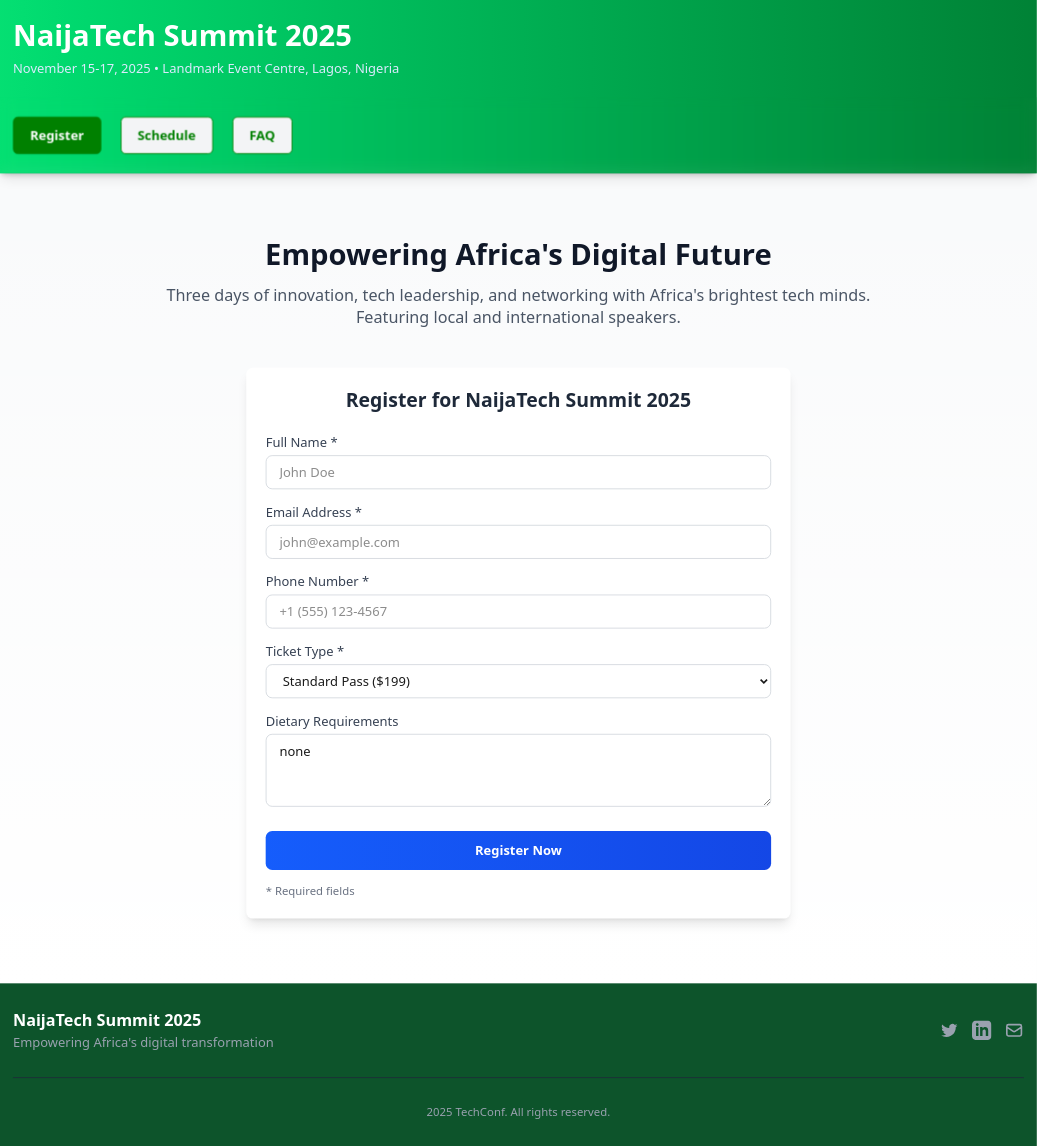
Repository: AYANO-EMMANUEL/fictional-tech-conf-event
Page: /
The author's editor kept a copy of each file at every save. The page is drawn from the files as they stood at one save, then again after the next save.
The browser window is 1280 px wide. The pictures show the whole page, at 81% of full size.
The project was rebuilt for these pictures with package versions that can differ from the ones it lists, and the page was loaded fresh each time. Also part of the build but not shown: vite.config.ts, src/components/Schedule/Schedule.tsx, src/components/FAQ/FAQ.tsx.

Above is the page before, as saved 2025-08-02 11:07:53.

### index.html
<!doctype html>
<html lang="en">
  <head>
    <meta charset="UTF-8" />
    <link rel="icon" type="image/svg+xml" href="/vite.svg" />
    <link rel="stylesheet" href="/src/index.css">
    <meta name="viewport" content="width=device-width, initial-scale=1.0" />
    <title>Vite + React + TS</title>
  </head>
  <body>
    <div id="root"></div>
    <script type="module" src="/src/main.tsx"></script>
  </body>
</html>

### src/index.css
/* @import "tailwindcss/components.css";
@import "tailwindcss/preflight.css";
@import "tailwindcss/utilities.css"; */
/* @tailwind base;
@tailwind components;
@tailwind utilities; */

@import "tailwindcss";

/* Custom styles */
.btn {
  display: inline-flex;
  align-items: center;
  justify-content: center;
  font-weight: 600;
  padding: 0.625rem 1.25rem;
  border-radius: 0.375rem;
  transition: all 0.2s ease-in-out;
  cursor: pointer;
  border: 1px solid transparent;
  box-shadow: 0 1px 2px 0 rgba(0, 0, 0, 0.05);
}

.btn:focus {
  outline: 2px solid transparent;
  outline-offset: 2px;
  box-shadow: 0 0 0 3px rgba(59, 130, 246, 0.5);
}

/* Primary Button */
.btn-primary {
  /* @apply bg-nigeria-green text-white hover:bg-green-700 focus:bg-green-700 active:bg-green-800; */
  background-color: green;
  color: white;
  border-color: green;
}

.btn-primary:focus {
  outline: 2px solid transparent;
  outline-offset: 2px;
  box-shadow: 0 0 0 3px rgba(59, 130, 246, 0.5);
}

.btn-primary:hover {
  transform: translateY(-1px);
  box-shadow: 0 4px 6px -1px rgba(0, 0, 0, 0.1), 0 2px 4px -1px rgba(0, 0, 0, 0.06);
}

.btn-primary:active {
  transform: translateY(0);
}

/* Secondary button */
.btn-secondary {
  /* @apply bg-white text-nigeria-green border-2 border-nigeria-green hover:bg-green-50 focus:bg-green-50 active:bg-green-100; */
  background-color: #f3f4f6;
  color: green;
  border: 1px solid green;
}

.btn-secondary:hover {
  background-color: #e5e7eb;
  transform: translateY(-1px);
  box-shadow: 0 4px 6px -1px rgba(0, 0, 0, 0.1), 0 2px 4px -1px rgba(0, 0, 0, 0.06);
}

.btn-secondary:active {
  transform: translateY(0);
}

.card {
  background-color: white;
  border-radius: 0.5rem;
  box-shadow: 0 4px 6px -1px rgb(0 0 0 / 0.1), 0 2px 4px -2px rgb(0 0 0 / 0.1);
  overflow: hidden;
  transition-property: all;
  transition-timing-function: cubic-bezier(0.4, 0, 0.2, 1);
  transition-duration: 200ms;
}

.card:hover {
  box-shadow: 0 10px 15px -3px rgb(0 0 0 / 0.1), 0 4px 6px -4px rgb(0 0 0 / 0.1);
}

.form-input {
  width: 100%;
  padding: 0.5rem 1rem;
  border-width: 1px;
  border-color: #d1d5db;
  border-radius: 0.5rem;
  transition-property: color, background-color, border-color, text-decoration-color, fill, stroke, opacity, box-shadow, transform, filter, backdrop-filter;
  transition-timing-function: cubic-bezier(0.4, 0, 0.2, 1);
  transition-duration: 200ms;
}

.form-input:focus {
  outline: 2px solid transparent;
  outline-offset: 2px;
  --tw-ring-offset-shadow: var(--tw-ring-inset) 0 0 0 var(--tw-ring-offset-width) var(--tw-ring-offset-color);
  --tw-ring-shadow: var(--tw-ring-inset) 0 0 0 calc(2px + var(--tw-ring-offset-width)) var(--tw-ring-color);
  box-shadow: var(--tw-ring-offset-shadow), var(--tw-ring-shadow), var(--tw-shadow, 0 0 #0000);
  --tw-ring-color: rgb(59 130 246 / 0.5);
  --tw-ring-offset-width: 0px;
  border-color: transparent;
}

.form-label {
  display: block;
  color: #374151;
  font-weight: 500;
  margin-bottom: 0.25rem;
}

/* Base styles */
:root {
  font-family: system-ui, -apple-system, BlinkMacSystemFont, 'Segoe UI', Roboto, 'Helvetica Neue', Arial, sans-serif;
  line-height: 1.5;
  font-weight: 400;
  color: #1a1a1a;
  background-color: #f9fafb;
  font-synthesis: none;
  text-rendering: optimizeLegibility;
  -webkit-font-smoothing: antialiased;
  -moz-osx-font-smoothing: grayscale;
}

/* Animations */
@keyframes fadeIn {
  from { opacity: 0; transform: translateY(10px); }
  to { opacity: 1; transform: translateY(0); }
}

.animate-fade-in {
  animation: fadeIn 0.3s ease-out forwards;
}

### src/main.tsx
import React from 'react';
import { createRoot } from 'react-dom/client';
import App from './App';
import './index.css';

const container = document.getElementById('root');
if (!container) throw new Error('Failed to find the root element');
const root = createRoot(container);

root.render(
  <React.StrictMode>
    <App />
  </React.StrictMode>
);

### src/App.tsx
import { useState } from 'react';
import { RegistrationForm } from './components/Form/RegistrationForm';
import Schedule from './components/Schedule/Schedule';
import FAQ from './components/FAQ/FAQ';

function App() {
  const [activeSection, setActiveSection] = useState<'register' | 'schedule' | 'faq'>('register');

  return (
    <div className="min-h-screen bg-gray-50">
      {/* Header */}
      <header className="bg-gradient-to-r from-green-400 to-green-700 text-white shadow-lg">
        <div className="container mx-auto px-4 py-6">
          <h1 className="text-3xl md:text-4xl font-bold mb-2">NaijaTech Summit 2025</h1>
          <p className="text-blue-100">November 15-17, 2025 • Landmark Event Centre, Lagos, Nigeria</p>
        </div>

        {/* Navigation */}
        <nav className="bg-nigeria-green/90 backdrop-blur-sm shadow-md">
          <div className="container mx-auto px-4">
            <div className="flex flex-col sm:flex-row space-y-2 sm:space-y-0 sm:space-x-6 py-6">
              <button
                onClick={() => setActiveSection('register')}
                className={`btn ${activeSection === 'register'
                  ? 'btn-primary'
                  : 'btn-secondary'}`}
              >
                Register
              </button>
              <button
                onClick={() => setActiveSection('schedule')}
                className={`btn ${activeSection === 'schedule'
                  ? 'btn-primary'
                  : 'btn-secondary'}`}
              >
                Schedule
              </button>
              <button
                onClick={() => setActiveSection('faq')}
                className={`btn ${activeSection === 'faq'
                  ? 'btn-primary'
                  : 'btn-secondary'}`}
              >
                FAQ
              </button>
            </div>
          </div>
        </nav>
      </header>

      {/* Hero Section */}
      {activeSection === 'register' && (
        <section className="py-12 md:py-20 bg-gradient-to-b from-nigeria-greenLight to-white">
          <div className="container mx-auto px-4">
            <div className="max-w-4xl mx-auto text-center mb-12">
              <h2 className="text-3xl md:text-4xl font-bold text-gray-900 mb-4">
                Empowering Africa's Digital Future
              </h2>
              <p className="text-xl text-gray-600">
                Three days of innovation, tech leadership, and networking with Africa's brightest tech minds. Featuring local and international speakers.
              </p>
            </div>
            <RegistrationForm onSuccess={() => setActiveSection('schedule')} />
          </div>
        </section>
      )}

      {/* Schedule Section */}
      {activeSection === 'schedule' && (
        <section className="py-12 md:py-16 bg-white">
          <main className="container mx-auto px-4 py-8">
            <Schedule />
          </main>
        </section>
      )}

      {/* FAQ Section */}
      {activeSection === 'faq' && (
        <section className="py-12 md:py-16 bg-gray-50">
          <div className="container mx-auto px-4">
            <FAQ />
          </div>
        </section>
      )}

      {/* Footer */}
      <footer className="bg-green-900 text-white py-8">
        <div className="container mx-auto px-4">
          <div className="flex flex-col md:flex-row justify-between items-center">
            <div className="mb-4 md:mb-0">
              <h3 className="text-xl font-bold">NaijaTech Summit 2025</h3>
              <p className="text-gray-400">Empowering Africa's digital transformation</p>
            </div>
            <div className="flex space-x-4">
              <a href="#" className="text-gray-400 hover:text-white transition-colors">
                <span className="sr-only">Twitter</span>
                <svg className="h-6 w-6" fill="currentColor" viewBox="0 0 24 24" aria-hidden="true">
                  <path d="M8.29 20.251c7.547 0 11.675-6.253 11.675-11.675 0-.178 0-.355-.012-.53A8.348 8.348 0 0022 5.92a8.19 8.19 0 01-2.357.646 4.118 4.118 0 001.804-2.27 8.224 8.224 0 01-2.605.996 4.107 4.107 0 00-6.993 3.743 11.65 11.65 0 01-8.457-4.287 4.106 4.106 0 001.27 5.477A4.072 4.072 0 012.8 9.713v.052a4.105 4.105 0 003.292 4.022 4.095 4.095 0 01-1.853.07 4.108 4.108 0 003.834 2.85A8.233 8.233 0 012 18.407a11.616 11.616 0 006.29 1.84" />
                </svg>
              </a>
              <a href="#" className="text-gray-400 hover:text-white transition-colors">
                <span className="sr-only">LinkedIn</span>
                <svg className="h-6 w-6" fill="currentColor" viewBox="0 0 24 24" aria-hidden="true">
                  <path fillRule="evenodd" d="M19 0h-14c-2.761 0-5 2.239-5 5v14c0 2.761 2.239 5 5 5h14c2.762 0 5-2.239 5-5v-14c0-2.761-2.238-5-5-5zm-11 19h-3v-11h3v11zm-1.5-12.268c-.966 0-1.75-.79-1.75-1.764s.784-1.764 1.75-1.764 1.75.79 1.75 1.764-.783 1.764-1.75 1.764zm13.5 12.268h-3v-5.604c0-3.368-4-3.113-4 0v5.604h-3v-11h3v1.765c1.396-2.586 7-2.777 7 2.476v6.759z" clipRule="evenodd" />
                </svg>
              </a>
              <a href="mailto:info@techconf.com" className="text-gray-400 hover:text-white transition-colors">
                <span className="sr-only">Email</span>
                <svg className="h-6 w-6" fill="none" stroke="currentColor" viewBox="0 0 24 24" xmlns="http://www.w3.org/2000/svg">
                  <path strokeLinecap="round" strokeLinejoin="round" strokeWidth={2} d="M3 8l7.89 5.26a2 2 0 002.22 0L21 8M5 19h14a2 2 0 002-2V7a2 2 0 00-2-2H5a2 2 0 00-2 2v10a2 2 0 002 2z" />
                </svg>
              </a>
            </div>
          </div>
          <div className="mt-8 pt-8 border-t border-gray-800 text-center text-gray-400 text-sm">
            <p> {new Date().getFullYear()} TechConf. All rights reserved.</p>
          </div>
        </div>
      </footer>
    </div>
  );
}

export default App;

### src/components/Form/RegistrationForm.tsx
import { useState, useEffect } from 'react';

interface FormData {
  fullName: string;
  email: string;
  phone: string;
  ticketType: 'standard' | 'vip' | 'student' | 'startup';
  state: string;
  organization: string;
  howHeard: string;
  dietaryRequirements: string;
}

interface RegistrationFormProps {
  onSuccess?: () => void;
}

export const RegistrationForm = ({ onSuccess }: RegistrationFormProps) => {
  const [formData, setFormData] = useState<FormData>({
    fullName: '',
    email: '',
    phone: '',
    ticketType: 'standard',
    state: '',
    organization: '',
    howHeard: '',
    dietaryRequirements: 'none',
  });

  const [errors, setErrors] = useState<Partial<FormData>>({});
  const [isSubmitted, setIsSubmitted] = useState(false);

  // Load saved form data from localStorage on component mount
  useEffect(() => {
    const savedFormData = localStorage.getItem('conferenceFormData');
    if (savedFormData) {
      setFormData(JSON.parse(savedFormData));
    }
  }, []);

  // Save form data to localStorage whenever it changes
  useEffect(() => {
    localStorage.setItem('conferenceFormData', JSON.stringify(formData));
  }, [formData]);

  const validateForm = (): boolean => {
    const newErrors: Partial<FormData> = {};
    let isValid = true;

    if (!formData.fullName.trim()) {
      newErrors.fullName = 'Full name is required';
      isValid = false;
    }

    if (!formData.email) {
      newErrors.email = 'Email is required';
      isValid = false;
    } else if (!/^[^\s@]+@[^\s@]+\.[^\s@]+$/.test(formData.email)) {
      newErrors.email = 'Please enter a valid email address';
      isValid = false;
    }

    if (!formData.phone) {
      newErrors.phone = 'Phone number is required';
      isValid = false;
    } else if (!/^\+?[0-9\s-]{10,}$/.test(formData.phone)) {
      newErrors.phone = 'Please enter a valid phone number';
      isValid = false;
    }

    setErrors(newErrors);
    return isValid;
  };

  const handleChange = (
    e: React.ChangeEvent<HTMLInputElement | HTMLSelectElement | HTMLTextAreaElement>
  ) => {
    const { name, value } = e.target;
    setFormData({
      ...formData,
      [name]: value,
    });
  };

  const handleSubmit = (e: React.FormEvent) => {
    e.preventDefault();
    if (validateForm()) {
      // In a real app, you would send the data to your backend here
      console.log('Form submitted:', formData);
      setIsSubmitted(true);
      // Reset form
      setFormData({
        fullName: '',
        email: '',
        phone: '',
        ticketType: 'standard',
        state: '',
        organization: '',
        howHeard: '',
        dietaryRequirements: 'none',
      });
      // Clear any saved form data from localStorage
      localStorage.removeItem('conferenceFormData');

      // Call the onSuccess callback if provided
      if (onSuccess) {
        onSuccess();
      }
    }
  };

  const nigerianStates = [
    'Abia', 'Adamawa', 'Akwa Ibom', 'Anambra', 'Bauchi', 'Bayelsa', 'Benue', 'Borno',
    'Cross River', 'Delta', 'Ebonyi', 'Edo', 'Ekiti', 'Enugu', 'FCT', 'Gombe',
    'Imo', 'Jigawa', 'Kaduna', 'Kano', 'Katsina', 'Kebbi', 'Kogi', 'Kwara',
    'Lagos', 'Nasarawa', 'Niger', 'Ogun', 'Ondo', 'Osun', 'Oyo', 'Plateau',
    'Rivers', 'Sokoto', 'Taraba', 'Yobe', 'Zamfara'
  ];

  if (isSubmitted) {
    return (
      <div className="text-center py-8">
        <div className="text-green-500 text-5xl mb-4">✓</div>
        <h3 className="text-xl font-semibold text-gray-800 mb-2">E Don Cast!</h3>
        <p className="text-gray-600">Your registration is complete! We've sent a confirmation to {formData.email}.</p>
        <p className="text-gray-600 mt-2">No go miss am, we dey wait you for Landmark Event Centre!</p>
      </div>
    );
  }

  return (
    <div className="bg-white shadow-lg rounded-lg p-6 max-w-2xl mx-auto transform transition-all duration-300 hover:shadow-xl">
      <h2 className="text-2xl font-bold text-gray-800 mb-6 text-center">
        Register for NaijaTech Summit 2025
      </h2>
      <form onSubmit={handleSubmit} className="space-y-4">
        <div>
          <label htmlFor="fullName" className="block text-gray-700 font-medium mb-1">
            Full Name *
          </label>
          <input
            type="text"
            id="fullName"
            name="fullName"
            value={formData.fullName}
            onChange={handleChange}
            className={`w-full px-4 py-2 border rounded-lg focus:ring-2 focus:ring-blue-500 focus:border-transparent ${
              errors.fullName ? 'border-red-500' : 'border-gray-300'
            }`}
            placeholder="John Doe"
          />
          {errors.fullName && (
            <p className="mt-1 text-sm text-red-600">{errors.fullName}</p>
          )}
        </div>

        <div>
          <label htmlFor="email" className="block text-gray-700 font-medium mb-1">
            Email Address *
          </label>
          <input
            type="email"
            id="email"
            name="email"
            value={formData.email}
            onChange={handleChange}
            className={`w-full px-4 py-2 border rounded-lg focus:ring-2 focus:ring-blue-500 focus:border-transparent ${
              errors.email ? 'border-red-500' : 'border-gray-300'
            }`}
            placeholder="john@example.com"
          />
          {errors.email && (
            <p className="mt-1 text-sm text-red-600">{errors.email}</p>
          )}
        </div>

        <div>
          <label htmlFor="phone" className="block text-gray-700 font-medium mb-1">
            Phone Number *
          </label>
          <input
            type="tel"
            id="phone"
            name="phone"
            value={formData.phone}
            onChange={handleChange}
            className={`w-full px-4 py-2 border rounded-lg focus:ring-2 focus:ring-blue-500 focus:border-transparent ${
              errors.phone ? 'border-red-500' : 'border-gray-300'
            }`}
            placeholder="+1 (555) 123-4567"
          />
          {errors.phone && (
            <p className="mt-1 text-sm text-red-600">{errors.phone}</p>
          )}
        </div>

        <div>
          <label htmlFor="ticketType" className="block text-gray-700 font-medium mb-1">
            Ticket Type *
          </label>
          <select
            id="ticketType"
            name="ticketType"
            value={formData.ticketType}
            onChange={handleChange}
            className="w-full px-4 py-2 border border-gray-300 rounded-lg focus:ring-2 focus:ring-blue-500 focus:border-transparent"
          >
            <option value="standard">Standard Pass ($199)</option>
            <option value="vip">VIP Pass ($399)</option>
            <option value="student">Student Pass ($99)</option>
          </select>
        </div>

        <div>
          <label htmlFor="dietaryRequirements" className="block text-gray-700 font-medium mb-1">
            Dietary Requirements
          </label>
          <textarea
            id="dietaryRequirements"
            name="dietaryRequirements"
            value={formData.dietaryRequirements}
            onChange={handleChange}
            rows={3}
            className="w-full px-4 py-2 border border-gray-300 rounded-lg focus:ring-2 focus:ring-blue-500 focus:border-transparent"
            placeholder="Any dietary restrictions or allergies?"
          />
        </div>

        <div className="pt-2">
          <button
            type="submit"
            className="w-full bg-gradient-to-r from-blue-600 to-blue-700 hover:from-blue-700 hover:to-blue-800 text-white font-bold py-3 px-4 rounded-lg transition-all duration-300 transform hover:scale-[1.02] hover:shadow-lg active:scale-95"
          >
            Register Now
          </button>
        </div>

        <p className="text-sm text-gray-500 mt-4">
          * Required fields
        </p>
      </form>
    </div>
  );
};

export default RegistrationForm;

After the next save:
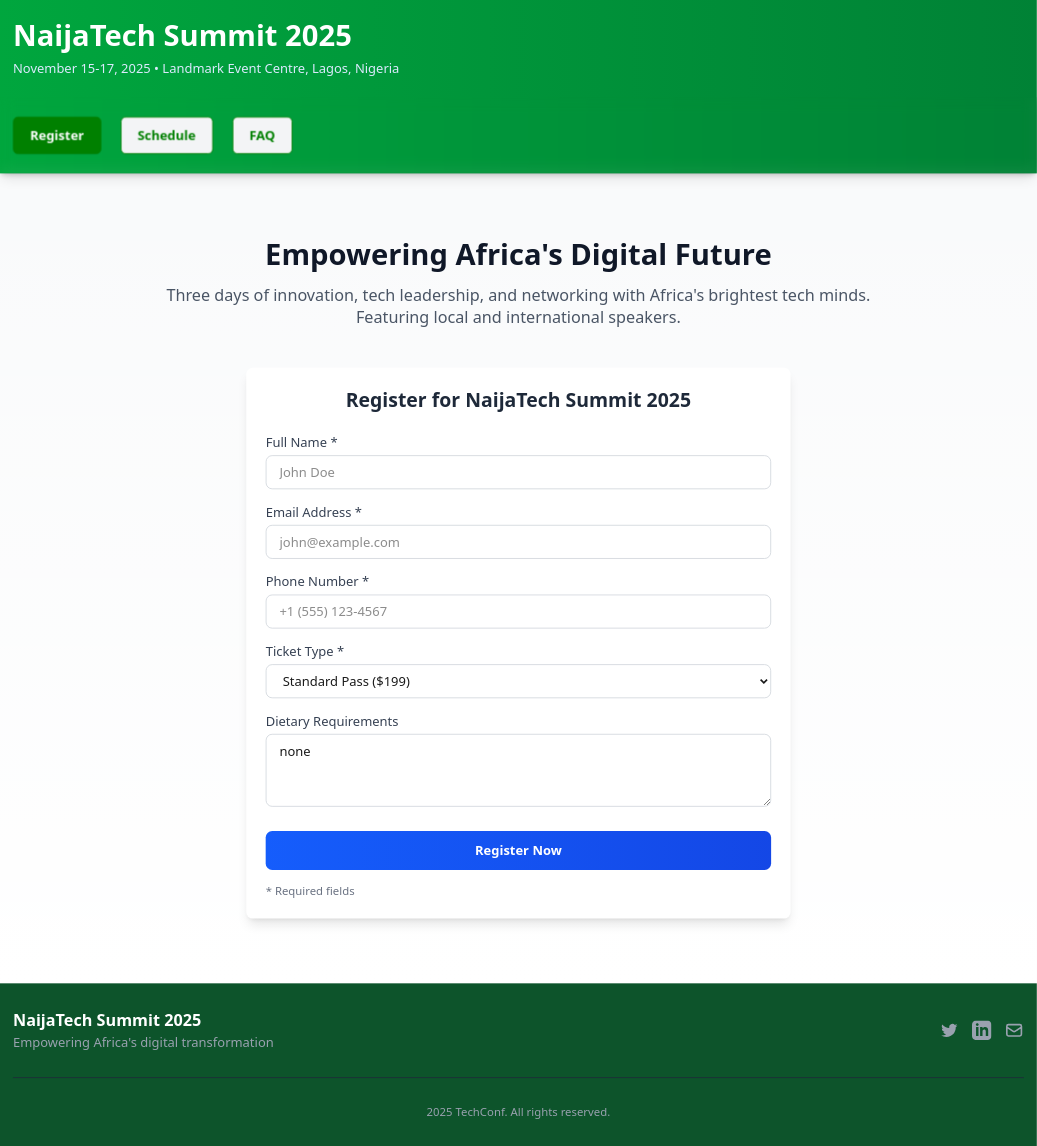
Saved 19 s later.
--- a/src/App.tsx
+++ b/src/App.tsx
@@ -9,7 +9,7 @@ function App() {
   return (
     <div className="min-h-screen bg-gray-50">
       {/* Header */}
-      <header className="bg-gradient-to-r from-green-400 to-green-700 text-white shadow-lg">
+      <header className="bg-gradient-to-r from-green-600 to-green-700 text-white shadow-lg">
         <div className="container mx-auto px-4 py-6">
           <h1 className="text-3xl md:text-4xl font-bold mb-2">NaijaTech Summit 2025</h1>
           <p className="text-blue-100">November 15-17, 2025 • Landmark Event Centre, Lagos, Nigeria</p>
